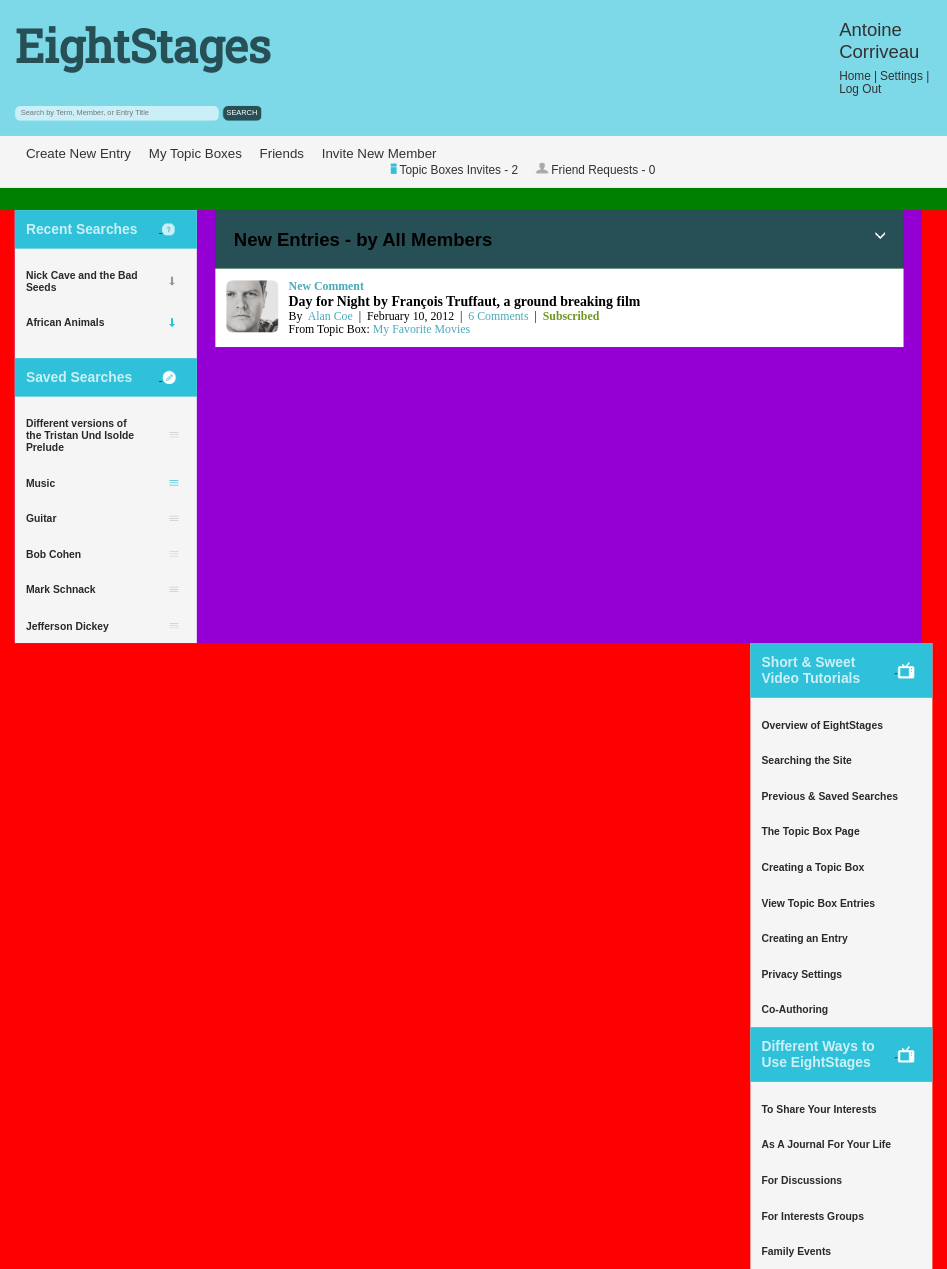
Repository: bhattaraib58/eighstages-lf-design
Page: Assignment 3/Eight Stages Website Mockup Done/index.html
An editor plug-in stored every save of this project. The page is shown before and after the next save, followed by the edit.
The browser window is 1280 px wide. The pictures show the whole page, at 74% of full size.
Some web fonts or font styles are not loaded; a fallback is used.

Above is the page before, as saved 2019-06-10 03:06:00.

After the next save:
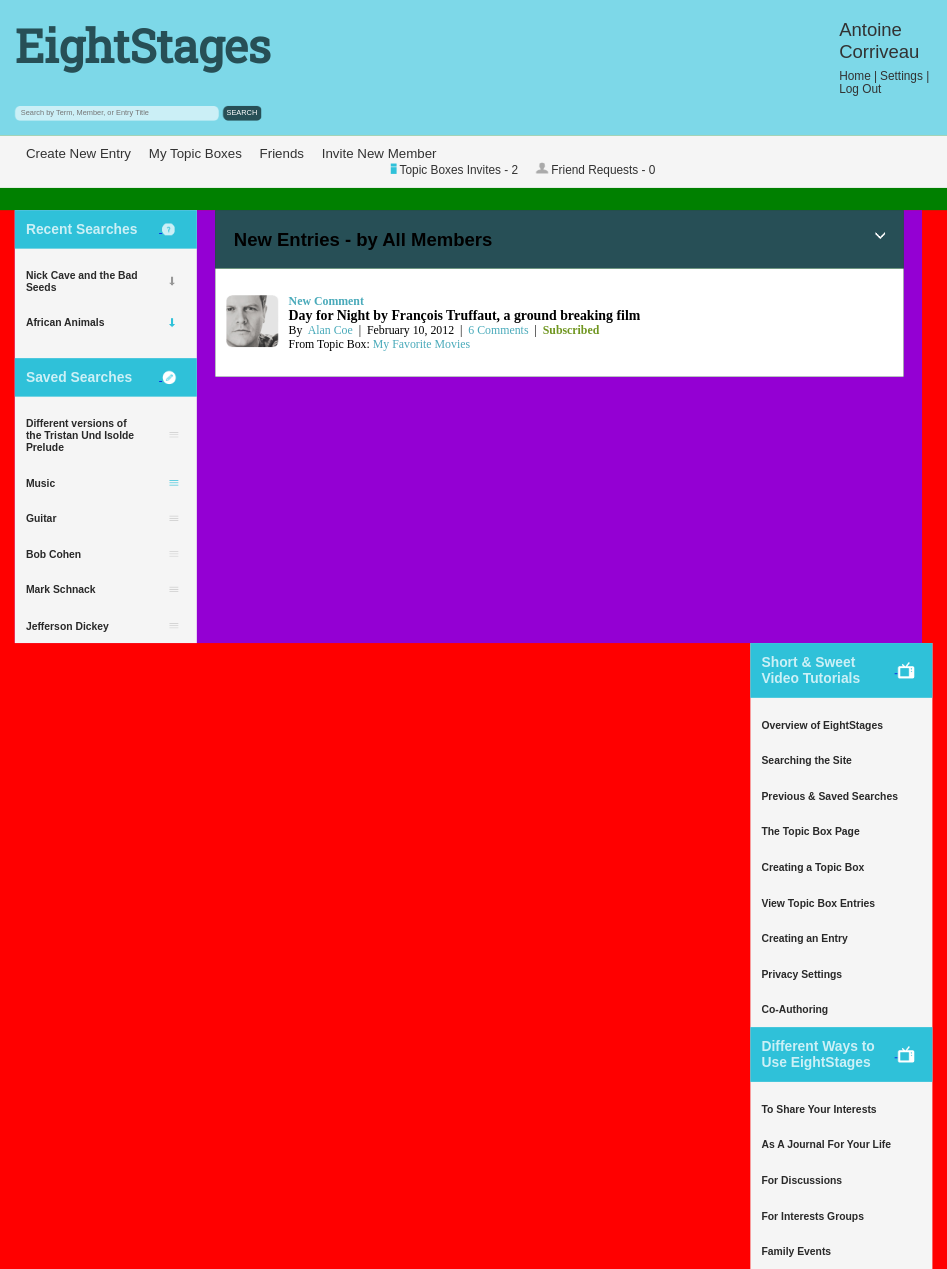
Saved 3 min 13 s later.
--- a/Assignment 3/Eight Stages Website Mockup Done/css/style.css
+++ b/Assignment 3/Eight Stages Website Mockup Done/css/style.css
@@ -271,6 +271,8 @@
 .entries
 {
     padding: 15px;
+    margin-bottom: 20px;
+    margin-top: 20px;
 }
 
 .entries::after
